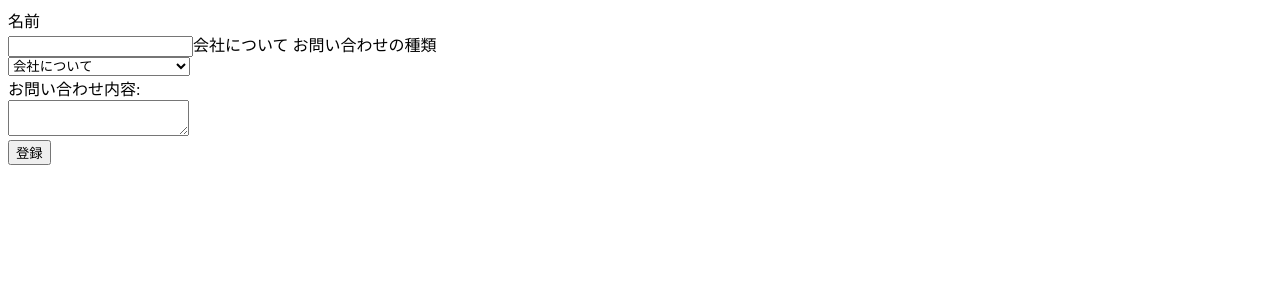
Repository: 8luemitsuho/test
Page: http://localhost/HelloServlet/inquiry.jsp
These files come from the project's save history. The page is drawn as it stood at one moment and after the next save; the edit follows.
The browser window is 1280 px wide. The pictures show the whole page.
The page is served by Tomcat 9. Nobody is signed in. The application's start-up code is not run. Other server files are loaded and not shown.

Above is the page before, as saved 2019-06-30 07:38:38.

### HelloServlet/WebContent/inquiry.jsp
<%@ page language="java" contentType="text/html; charset=UTF-8"
    pageEncoding="UTF-8"%>
<!DOCTYPE html>
<html>
<head>
<meta charset=UTF-8">
<title>お問い合わせ</title>
</head>
<body>
	<form method="post" action="InquiryServlet">
		名前<br> <input type="company">会社について</option>
		お問い合わせの種類<br> <select name="qtype">
			<option value="company">会社について</option>
			<option value="product">製品について</option>
			<option value="support">アフターサポートについて</option>
		</select> <br> お問い合わせ内容:<br>
		<textarea name="body">
	</textarea>
		<br>
		<input type="submit" value="登録">
	</form>

</body>
</html>

After the next save:
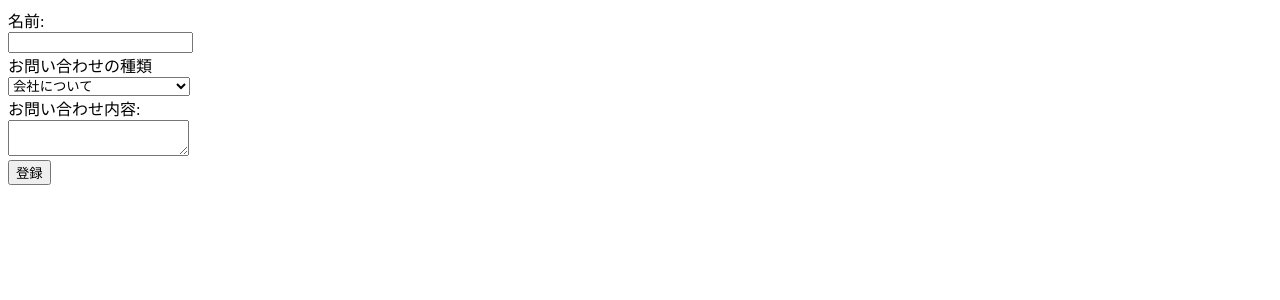
Saved 69 s later.
--- a/HelloServlet/WebContent/inquiry.jsp
+++ b/HelloServlet/WebContent/inquiry.jsp
@@ -8,7 +8,7 @@
 </head>
 <body>
 	<form method="post" action="InquiryServlet">
-		名前<br> <input type="company">会社について</option>
+		名前:<br> <input type="text" name="name"><br>
 		お問い合わせの種類<br> <select name="qtype">
 			<option value="company">会社について</option>
 			<option value="product">製品について</option>
